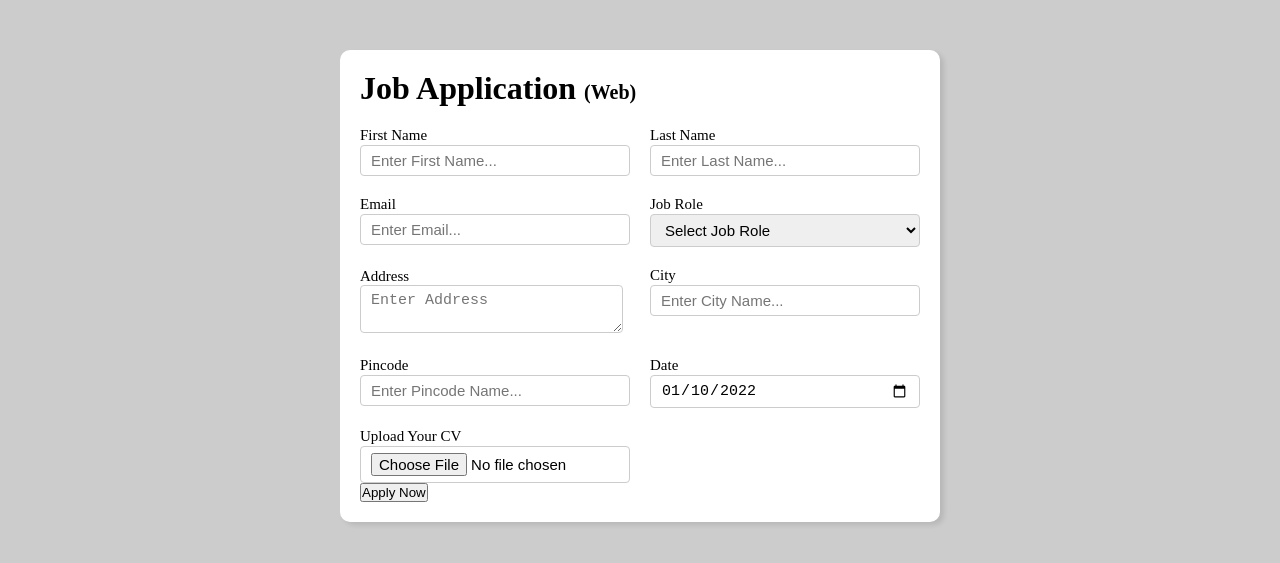
Repository: diensy/JOB-APPLICATION
Page: index.html
These files come from the project's save history. The page is drawn as it stood at one moment and after the next save; the edit follows.
The browser window is 1280 px wide. The pictures show the whole page.
The first visible `input` has the focus.

Above is the page before, as saved 2024-02-27 22:34:14.

After the next save:
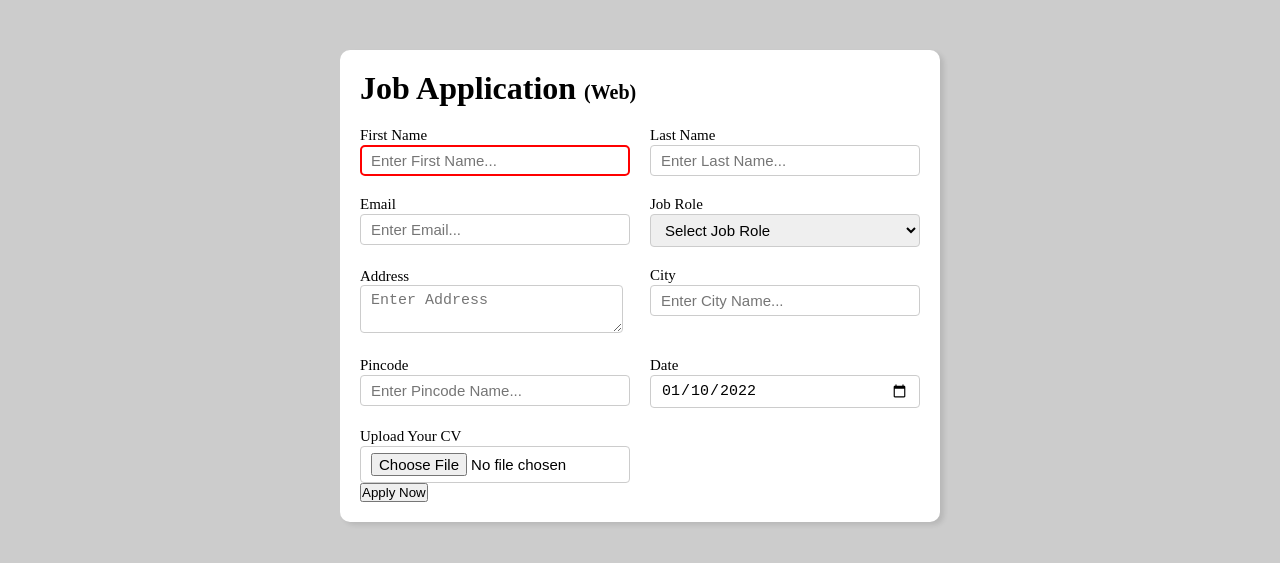
Saved 23 s later.
--- a/Job_Application.css
+++ b/Job_Application.css
@@ -50,5 +50,5 @@ textarea {
   font-size: 15px;
 }
 input:focus {
-  outline: red;
+  outline-color: red;
 }
